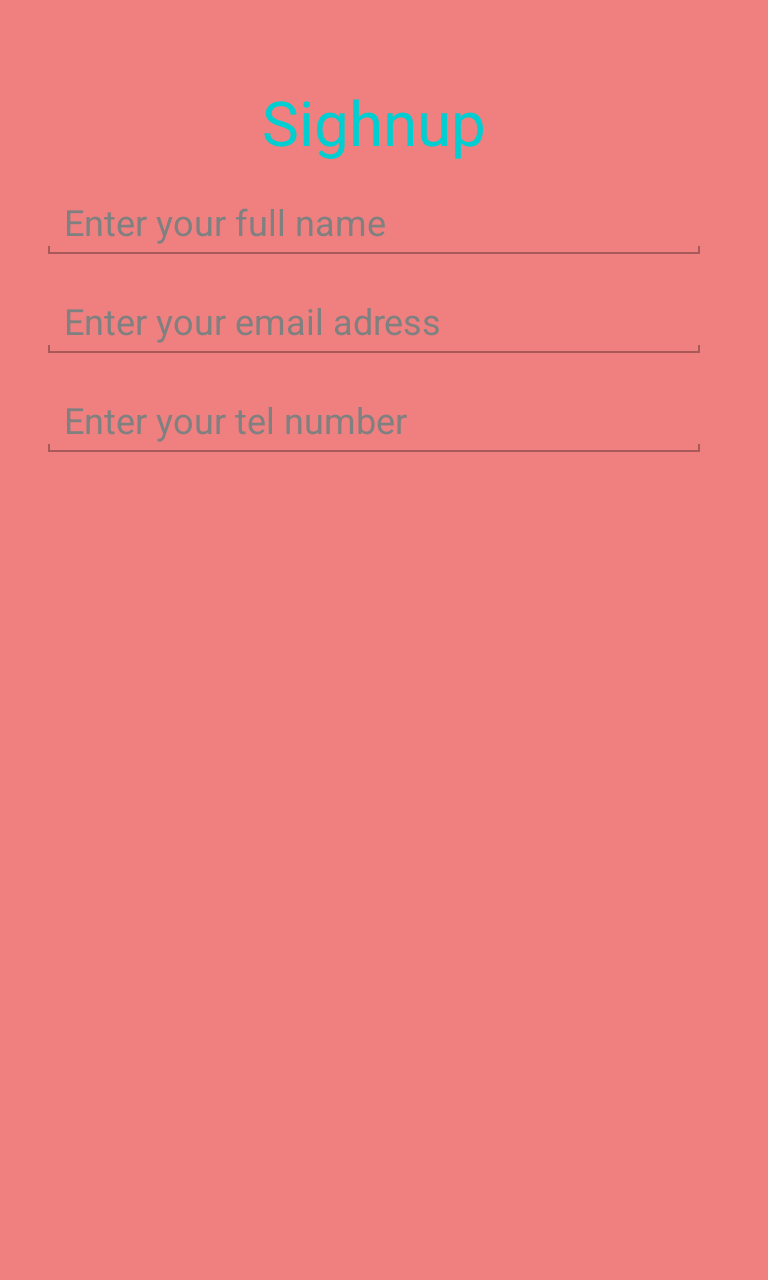
Repository: njiiriJohnii/Android-projects
Layout: MySimpleCalc/res/layout/joinus.xml
An editor plug-in stored every save of this project. The layout is shown before and after the next save, followed by the edit.
It is drawn on a 768 x 1280 px phone screen (xhdpi) without system bars, with theme AppTheme; the app's code is not run.

Above is the layout before, as saved 2014-05-30 11:49:38.

### MySimpleCalc/res/layout/joinus.xml
<?xml version="1.0" encoding="utf-8"?>
<LinearLayout xmlns:android="http://schemas.android.com/apk/res/android"
    android:layout_width="fill_parent"
    android:layout_height="fill_parent"
    android:orientation="vertical"
    android:background="#F08080" >

    <TextView
    android:layout_width="fill_parent"
    android:layout_height="wrap_content"
    android:text="Sighnup"
    android:layout_marginTop="40dp"
    android:layout_marginLeft="20dp"
    android:layout_marginRight="30dp"
    android:textColor="#00CED1"
    android:textSize="14pt"
    android:gravity="center"

        />
    <EditText
    android:layout_width="fill_parent"
    android:layout_height="wrap_content"
    android:layout_marginTop="10dp"
    android:hint="Enter your full name"
    android:layout_marginLeft="20dp"
    android:layout_marginRight="30dp"



        />
     <EditText
    android:layout_width="fill_parent"
    android:layout_height="wrap_content"
    android:layout_marginTop="10dp"
    android:hint="Enter your email adress"
    android:maxLength="35"
    android:layout_marginLeft="20dp"
    android:layout_marginRight="30dp"


        />
      <EditText
    android:layout_width="fill_parent"
    android:layout_height="wrap_content"
    android:layout_marginTop="10dp"
    android:hint="Enter your tel number"
    android:inputType="number"
    android:maxLength="10"
    android:layout_marginLeft="20dp"
    android:layout_marginRight="30dp"

        />


</LinearLayout>

Loaded but not shown: MySimpleCalc/res/values/styles.xml (common file); MySimpleCalc/res/values-v11/styles.xml (common file); MySimpleCalc/res/values-v14/styles.xml (common file)

After the next save:
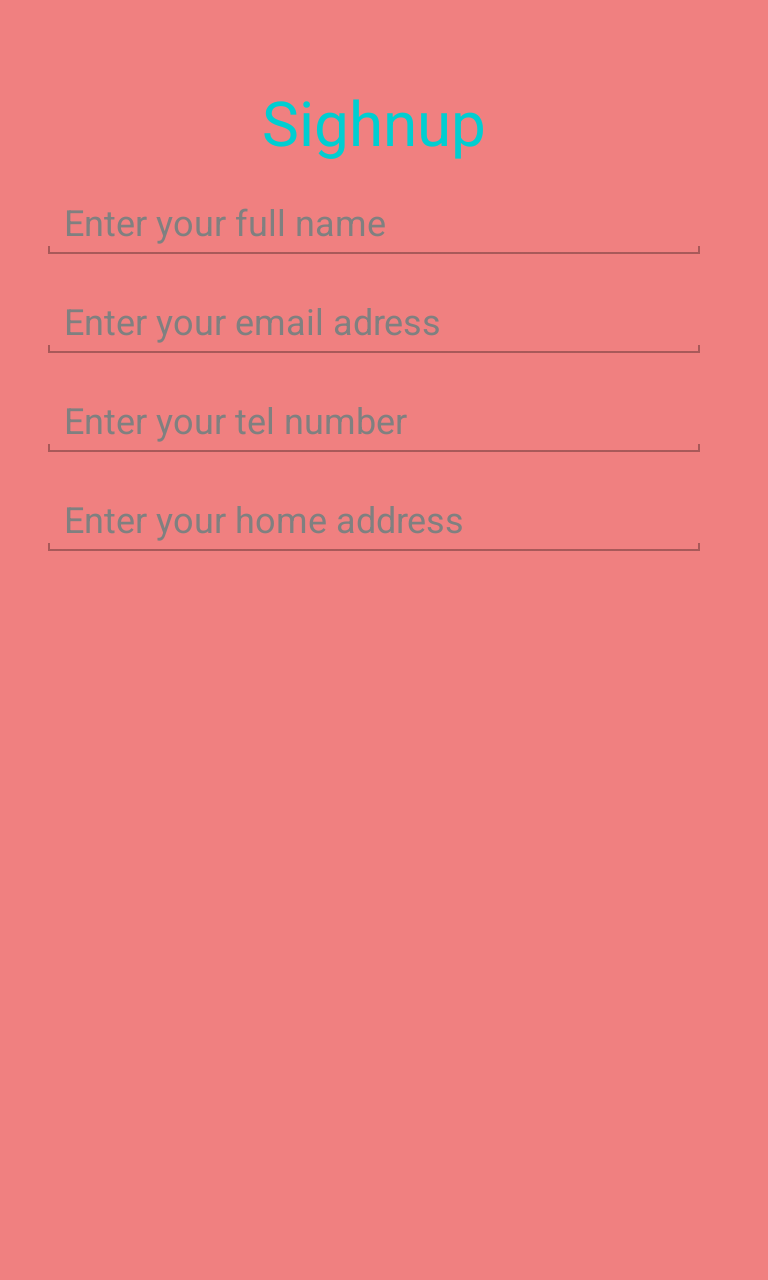
Saved 64 s later.
--- a/MySimpleCalc/res/layout/joinus.xml
+++ b/MySimpleCalc/res/layout/joinus.xml
@@ -50,6 +50,17 @@
     android:layout_marginRight="30dp"
 
         />
+       <EditText
+    android:layout_width="fill_parent"
+    android:layout_height="wrap_content"
+    android:layout_marginTop="10dp"
+    android:hint="Enter your home address"
+    android:inputType="number"
+    android:maxLength="10"
+    android:layout_marginLeft="20dp"
+    android:layout_marginRight="30dp"
+
+        />
 
 
 </LinearLayout>
